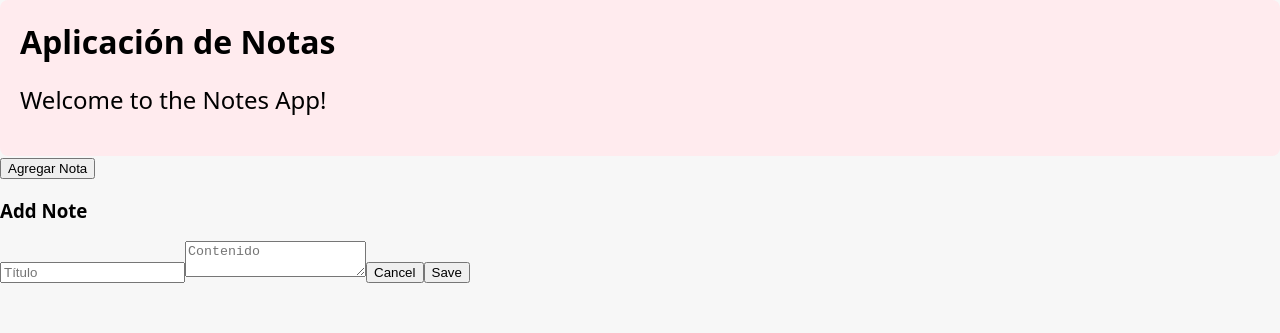
Repository: xunxuno/aplicacion_web_notas
Page: / (app in notas_web_app/), after clicking the first element matching `button`
The author's editor kept a copy of each file at every save. The page is drawn from the files as they stood at one save, then again after the next save.
The browser window is 1280 px wide. The pictures show the whole page.
The project was rebuilt for these pictures with package versions that can differ from the ones it lists, and the page was loaded fresh each time. Also part of the build but not shown: notas_web_app/vite.config.ts, notas_web_app/src/components/Note.tsx, notas_web_app/src/components/NoteCollection.tsx.

Above is the page before, as saved 2024-10-02 11:10:41.

### notas_web_app/src/main.tsx
import React from 'react';
import ReactDOM from 'react-dom/client'; // Cambiado a ReactDOM para el nuevo root API
import App from './App';
import { NotesProvider } from './contexts/NotesContext';

ReactDOM.createRoot(document.getElementById('root')!).render(
  <React.StrictMode>
    <NotesProvider>
      <App />
    </NotesProvider>
  </React.StrictMode>,
);

### notas_web_app/src/App.tsx
import React, { useState, useContext } from 'react';
import { NotesProvider, NotesContext } from './contexts/NotesContext';
import NoteCollection from './components/NoteCollection';
import NoteModal from './components/NoteModal';
import './styles.css';
import AppBar from './components/AppBar';

// Renombrar la interfaz para evitar conflictos
interface Note {
  id: string;
  title: string;
  content: string;
  collectionId: string; // Asegúrate de que esta propiedad esté aquí
}

interface NoteCollectionInterface {
  id: string;
  notes: Note[]; // Asegúrate de que aquí también se use Note[]
}

const App: React.FC = () => {
  const [isModalOpen, setModalOpen] = useState(false);
  const [activeCollectionId, setActiveCollectionId] = useState<string | null>(null);

  const { state, dispatch } = useContext(NotesContext);

  const handleAddNote = (note: Omit<Note, 'id'>) => {
    if (activeCollectionId) {
      dispatch({
        type: 'ADD_NOTE',
        payload: { collectionId: activeCollectionId, note },
      });
    }
    setModalOpen(false);
  };



  const handleDeleteNote = (noteId: string) => {
    dispatch({
      type: 'DELETE_NOTE',
      payload: { noteId },
    });
  };

  return (
    <NotesProvider>
      <div>
        <AppBar />

        <button onClick={() => setModalOpen(true)}>Agregar Nota</button>

        <div>
          {state.collections.map((collection: NoteCollectionInterface) => (
            <NoteCollection
              key={collection.id}
              collection={collection}
              onNoteClick={(noteId) => {
                console.log("Nota ID:", noteId);
              }}
              onCollectionClick={() => setActiveCollectionId(collection.id)} // Establece correctamente el ID de la colección activa
              onNoteMove={(noteId, targetCollectionId) => {
                dispatch({ type: 'MOVE_NOTE', payload: { noteId, targetCollectionId } });
              }}
              onDelete={(noteId) => {
                dispatch({ type: 'DELETE_NOTE', payload: { noteId } });
              }}
            />
          ))}
        </div>

        {isModalOpen && (
          <NoteModal
            onClose={() => setModalOpen(false)}
            onAddNote={handleAddNote}
            activeCollectionId={activeCollectionId!} // Asegúrate de que no sea null
          />
        )}
      </div>
    </NotesProvider>
  );
};

export default App;

### notas_web_app/src/contexts/NotesContext.tsx
import React, { createContext, useReducer, ReactNode } from 'react';


// Definir el contexto
interface Note {
  id: string;
  title: string;
  content: string;
}

interface Collection {
  id: string;
  notes: Note[];
}

interface NotesState {
  collections: Collection[];
  nextNoteId: number;
}


interface AddNoteAction {
  type: 'ADD_NOTE';
  payload: {
    collectionId: string;
    note: Note;
  };
}

interface DeleteNoteAction {
  type: 'DELETE_NOTE';
  payload: {
    collectionId: string;
    noteId: string;
  };
}

interface MoveNoteAction {
  type: 'MOVE_NOTE';
  payload: {
    noteId: string;
    targetCollectionId: string;
  };
}
type NotesAction = AddNoteAction | DeleteNoteAction | MoveNoteAction;

const initialState: NotesState = {
  collections: [],
  nextNoteId: 1,
};

const NotesContext = createContext<any>(null);

// Reducer para manejar las acciones
const notesReducer = (state: NotesState, action: NotesAction): NotesState => {
  switch (action.type) {
    case 'ADD_NOTE':
      return {
        ...state,
        collections: state.collections.map(collection => {
          if (collection.id === action.payload.collectionId) {
            const newNote = {
              ...action.payload.note,
              id: state.nextNoteId.toString(), // Asignar ID secuencial
            };
            return {
              ...collection,
              notes: [...collection.notes, newNote], // Agregar la nueva nota
            };
          }
          return collection;
        }),
        nextNoteId: state.nextNoteId + 1, // Incrementar el ID para la próxima nota
      };
    case 'DELETE_NOTE':
      return {
        ...state,
        collections: state.collections.map(collection => ({
          ...collection,
          notes: collection.notes.filter(note => note.id !== action.payload.noteId), // Eliminar la nota
        })),
      };
    case 'MOVE_NOTE':
      const { noteId, targetCollectionId } = action.payload;
      const sourceCollection = state.collections.find((collection) =>
        collection.notes.some((note) => note.id === noteId)
      );
      if (!sourceCollection) return state;

      const noteToMove = sourceCollection.notes.find((note) => note.id === noteId);
      if (!noteToMove) return state;

      return {
        ...state,
        collections: state.collections.map((collection) => {
          if (collection.id === sourceCollection.id) {
            return {
              ...collection,
              notes: collection.notes.filter((note) => note.id !== noteId),
            };
          } else if (collection.id === targetCollectionId) {
            return {
              ...collection,
              notes: [...collection.notes, noteToMove],
            };
          } else {
            return collection;
          }
        }),
      };
    default:
      return state;
  }
};



// Proveedor del contexto con soporte para 'children'
interface NotesProviderProps {
  children: ReactNode; // Definir el tipo de la prop 'children'
}

const NotesProvider: React.FC<NotesProviderProps> = ({ children }) => {
  const [state, dispatch] = useReducer(notesReducer, initialState);

  return (
    <NotesContext.Provider value={{ state, dispatch }}>
      {children}
    </NotesContext.Provider>
  );
};

export { NotesContext, NotesProvider, notesReducer };

### notas_web_app/src/components/NoteModal.tsx
import React, { useState } from 'react';

interface Note {
  id: string;            // ID de la nota
  title: string;         // Título de la nota
  content: string;       // Contenido de la nota
  collectionId: string;  // ID de la colección a la que pertenece
}


interface NoteModalProps {
  onClose: () => void;
  onAddNote: (note: Note) => void;
  activeCollectionId: string | null; // Permitir null aquí
}


const NoteModal: React.FC<NoteModalProps> = ({ onClose, onAddNote, activeCollectionId }) => {
  const [title, setTitle] = useState('');
  const [content, setContent] = useState('');

  const handleSave = () => {
    if (activeCollectionId) {
      const newNote: Omit<Note, 'id'> = {
        title,
        content,
        collectionId: activeCollectionId,
      };
      onAddNote(newNote); // Solo pasamos la nueva nota sin el ID
      onClose(); // Cierra el modal
    } else {
      alert('Debes seleccionar una colección para agregar una nota.'); // Mensaje de advertencia
    }
  };





  return (
    <div>
      <h3>Add Note</h3>
      <input
        type="text"
        placeholder="Título"
        value={title}
        onChange={(e) => setTitle(e.target.value)}
      />
      <textarea
        placeholder="Contenido"
        value={content}
        onChange={(e) => setContent(e.target.value)}
      />
      <button onClick={onClose}>Cancel</button>
      <button onClick={handleSave}>Save</button>
    </div>
  );
};

export default NoteModal;

### notas_web_app/src/styles.css
body {
    font-family: 'Noto Sans', sans-serif;
    background-color: #f7f7f7;
    margin: 0;
    padding: 0;
    color: #000;
  }

  .app-bar {
    background-color: #ffebee; /* Color pastel */
    border-radius: 8px;
    margin: 0;
    padding: 20px;
  }

  h1 {
    font-weight: bold;
    margin: 0;
  }

  h2 {
    font-weight: 400;
  }

  .button-add-note {
    margin: 20px 0;
    float: right;
    background-color: #ff8a80; /* Color pastel */
    color: #fff;
    border-radius: 50%;
  }

  .modal {
    background-color: #fff;
    border-radius: 8px;
    padding: 20px;
  }

  .note {
    padding: 20px;
    border-radius: 8px;
    box-shadow: 0 2px 6px rgba(0, 0, 0, 0.1);
    transition: transform 0.3s;
  }

  .note-title {
    font-weight: 500; /* w500 */
  }

  .note-content {
    font-size: 14px; /* Tamaño de fuente legible */
  }

  .collection {
    padding: 20px;
    border-radius: 8px;
    background-color: #ffffff;
  }

  .note-panel {
    display: flex;
    flex-wrap: wrap;
    gap: 20px;
    padding: 20px;
  }

  .note-card {
    width: 150px; /* Tamaño de las notas */
    background-color: #e1bee7; /* Color pastel dinámico */
    border-radius: 8px;
    padding: 10px;
    box-shadow: 0 2px 6px rgba(0, 0, 0, 0.1);
    position: relative;
  }

  .note-card:hover {
    transform: scale(1.05);
  }

  .edit-button, .delete-button {
    position: absolute;
    top: 5px;
    right: 5px;
    background: none;
    border: none;
    cursor: pointer;
  }

  .edit-button {
    color: #4caf50;
  }

  .delete-button {
    color: #f44336;
  }

### notas_web_app/src/components/AppBar.tsx
import React from 'react';


const AppBar: React.FC = () => {
  return (
    <div className="app-bar">
      <h1>Aplicación de Notas</h1>
      <h2>Welcome to the Notes App!</h2>
    </div>
  );
};

export default AppBar;

Loaded but not shown: notas_web_app/index.html (common file)

After the next save:
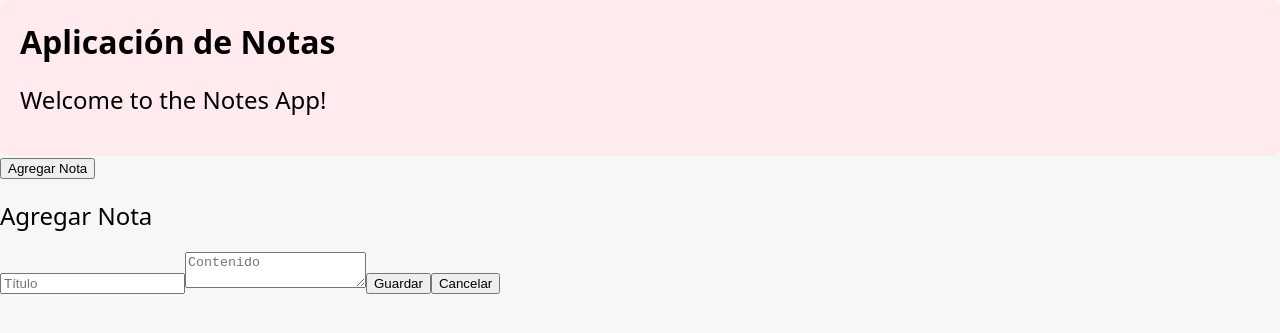
Saved 59 s later.
--- a/notas_web_app/src/components/NoteModal.tsx
+++ b/notas_web_app/src/components/NoteModal.tsx
@@ -1,19 +1,11 @@
 import React, { useState } from 'react';
-
-interface Note {
-  id: string;            // ID de la nota
-  title: string;         // Título de la nota
-  content: string;       // Contenido de la nota
-  collectionId: string;  // ID de la colección a la que pertenece
-}
-
+import Note from './Note';
 
 interface NoteModalProps {
   onClose: () => void;
-  onAddNote: (note: Note) => void;
-  activeCollectionId: string | null; // Permitir null aquí
+  onAddNote: (note: Omit<Note, 'id'>) => void; // Acepta Omit<Note, 'id'>
+  activeCollectionId: string | null; // ID de la colección activa
 }
-
 
 const NoteModal: React.FC<NoteModalProps> = ({ onClose, onAddNote, activeCollectionId }) => {
   const [title, setTitle] = useState('');
@@ -21,25 +13,21 @@ const NoteModal: React.FC<NoteModalProps> = ({ onClose, onAddNote, activeCollect
 
   const handleSave = () => {
     if (activeCollectionId) {
-      const newNote: Omit<Note, 'id'> = {
+      const newNote: Omit<Note, 'id'> = { // Usamos Omit aquí
         title,
         content,
         collectionId: activeCollectionId,
       };
-      onAddNote(newNote); // Solo pasamos la nueva nota sin el ID
+      onAddNote(newNote); // Pasamos la nueva nota sin ID
       onClose(); // Cierra el modal
     } else {
       alert('Debes seleccionar una colección para agregar una nota.'); // Mensaje de advertencia
     }
   };
 
-
-
-
-
   return (
     <div>
-      <h3>Add Note</h3>
+      <h2>Agregar Nota</h2>
       <input
         type="text"
         placeholder="Título"
@@ -51,8 +39,8 @@ const NoteModal: React.FC<NoteModalProps> = ({ onClose, onAddNote, activeCollect
         value={content}
         onChange={(e) => setContent(e.target.value)}
       />
-      <button onClick={onClose}>Cancel</button>
-      <button onClick={handleSave}>Save</button>
+      <button onClick={handleSave}>Guardar</button>
+      <button onClick={onClose}>Cancelar</button>
     </div>
   );
 };
